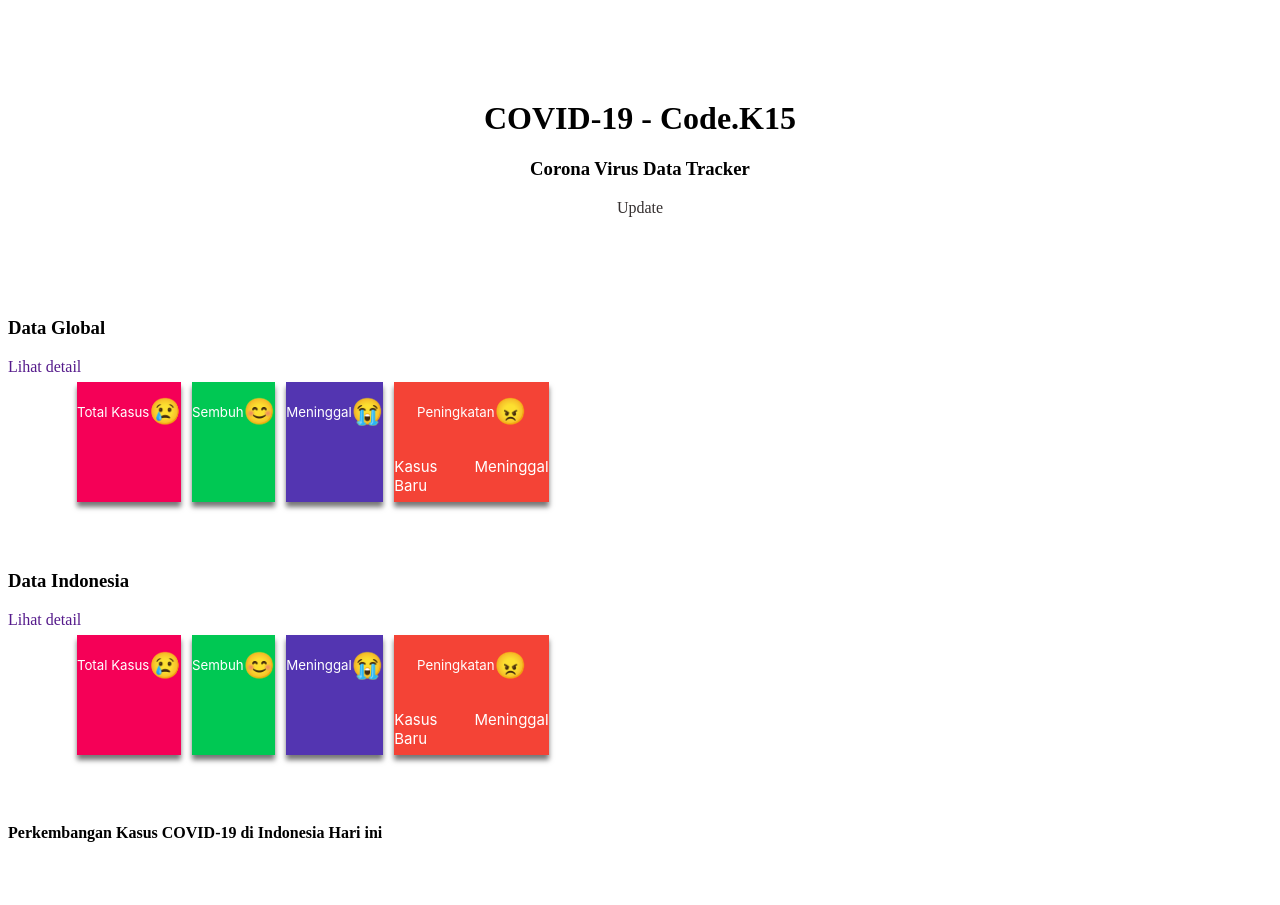
Repository: fathur15/covid19-monitoring
Page: http://localhost/covid19/apps/views/data/main/dashboard.php
These files come from the project's save history. The page is drawn as it stood at one moment and after the next save; the edit follows.
The browser window is 1280 px wide. The pictures show the whole page.
The page is run by PHP 8.4 with error messages shown; the project is at /var/www/html/.

Above is the page before, as saved 2020-04-14 12:45:20.

After the next save:
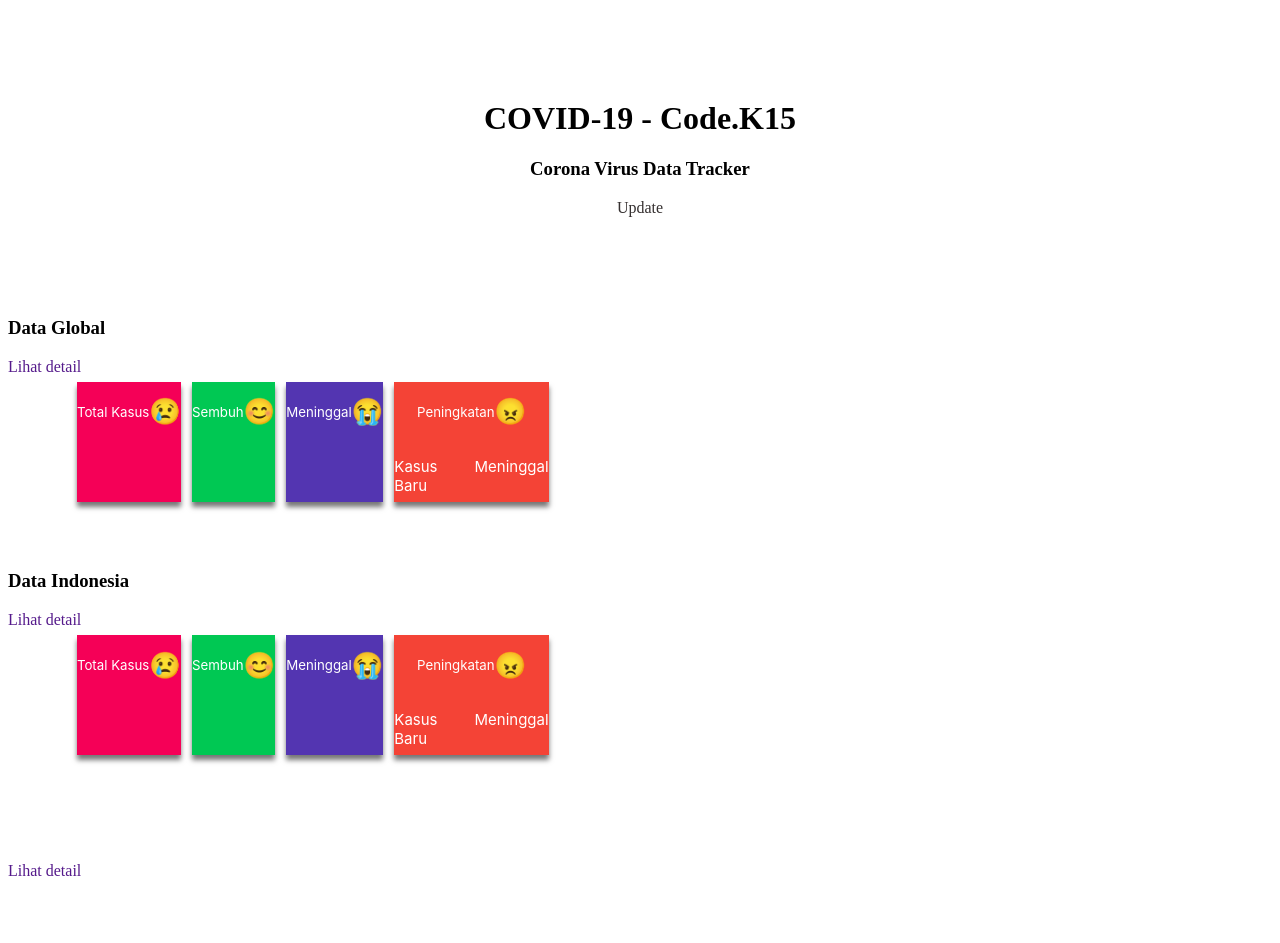
Saved 56 s later.
--- a/apps/views/data/main/dashboard.php
+++ b/apps/views/data/main/dashboard.php
@@ -144,7 +144,10 @@
                 </div>
             </div>
             <div class="row content-main-wrapper" >
-                <h4>Perkembangan Kasus COVID-19 di Indonesia Hari ini</h4>
+                 <div class="head-main-content">
+                    <h5>Perkembangan Kasus COVID-19 di Indonesia Hari ini</h5>
+                    <a style="text-decoration: none" href="">Lihat detail  <i class="fas fa-long-arrow-alt-right" aria-hidden="true"></i></a>
+                </div>
             </div>
         </div>
     </div>
